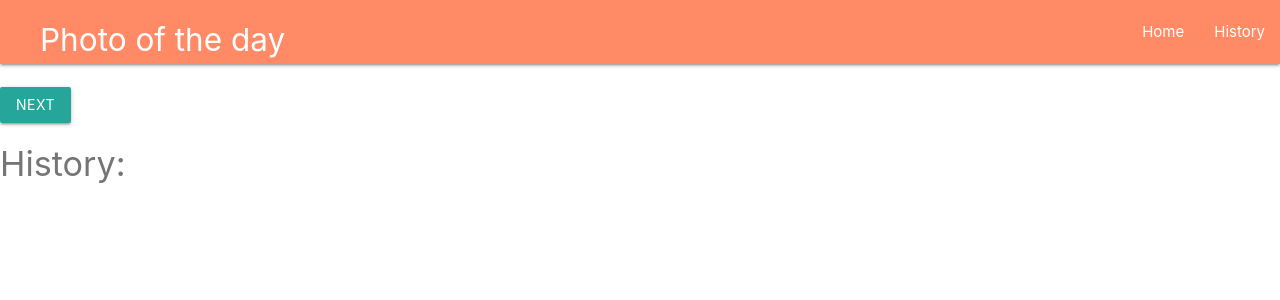
Repository: iveivs/getPhotoApi
Page: /
An editor plug-in stored every save of this project. The page is shown before and after the next save, followed by the edit.
The browser window is 1280 px wide. The pictures show the whole page.
The page's requests for data from a server got no answer. The project was rebuilt for these pictures with package versions that can differ from the ones it lists, and the page was loaded fresh each time. No one was signed in, and anything a server would have sent is missing. Also part of the build but not shown: vite.config.js, src/components/HistoryItem.jsx.

Above is the page before, as saved 2024-01-31 20:09:03.

After the next save:
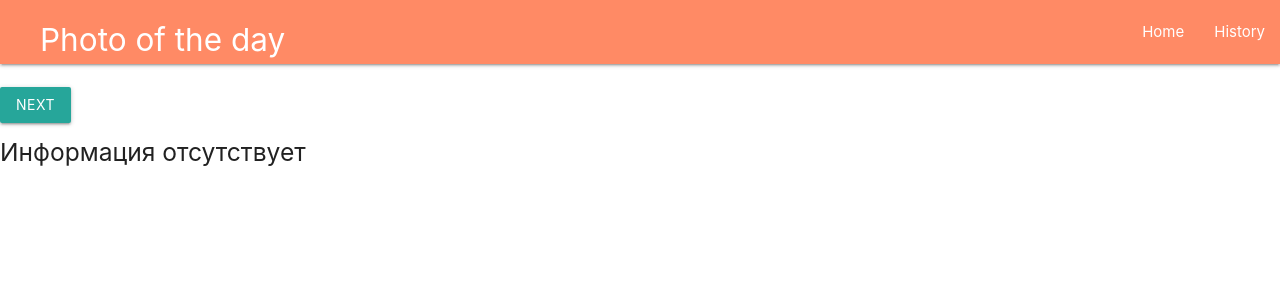
Saved 8 min 44 s later.
--- a/src/components/HistoryPhoto.jsx
+++ b/src/components/HistoryPhoto.jsx
@@ -6,7 +6,7 @@
 
     const history = useContext(DataContext)
     console.log('history HP' , history);
-    if (!history || history.length) {
+    if (!history || !history.length) {
         return <h5>Информация отсутствует</h5>
     }
 
